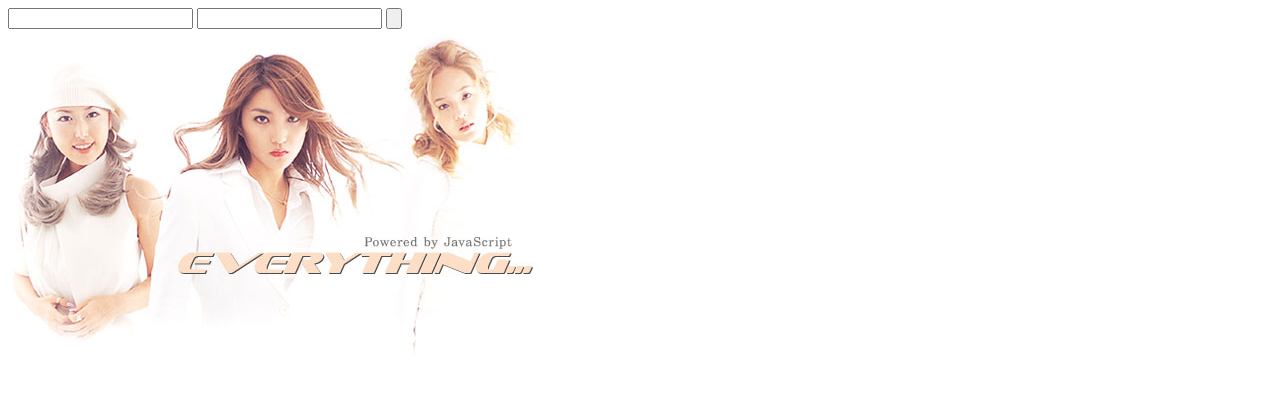
Repository: wishinghyun/multicampus
Page: webwork/clientweb/WebContent/js_bom/js_event_test.html
The author's editor kept a copy of each file at every save. The page is drawn from the files as they stood at one save, then again after the next save.
The browser window is 1280 px wide. The pictures show the whole page.

Above is the page before, as saved 2020-01-09 05:30:23.

### webwork/clientweb/WebContent/js_bom/js_event_test.html
<!DOCTYPE html>
<html>
<head>
<meta charset="EUC-KR">
<title>Insert title here</title>
</head>
<body>
	<form action="">
		<input type="text" name="num1">
		<input type="text" name="num2">
		<input type="button" name="전송1">
	</form>
	<img alt="" src="/clientweb/images/ses_g1.jpg" name="myimg"
			onmouseover="myimg.src='/clientweb/images/ses_g2.jpg'"
			onmouseout="myimg.src='/clientweb/images/ses_g1.jpg'"/>
</body>
</html>

After the next save:
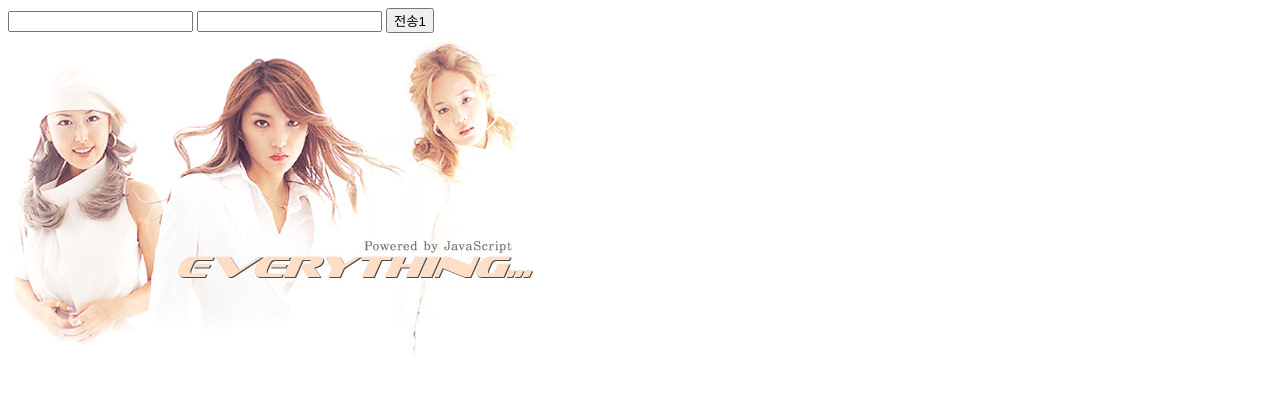
Saved 31 s later.
--- a/webwork/clientweb/WebContent/js_bom/js_event_test.html
+++ b/webwork/clientweb/WebContent/js_bom/js_event_test.html
@@ -8,7 +8,7 @@
 	<form action="">
 		<input type="text" name="num1">
 		<input type="text" name="num2">
-		<input type="button" name="전송1">
+		<input type="button" value="전송1">
 	</form>
 	<img alt="" src="/clientweb/images/ses_g1.jpg" name="myimg"
 			onmouseover="myimg.src='/clientweb/images/ses_g2.jpg'"
